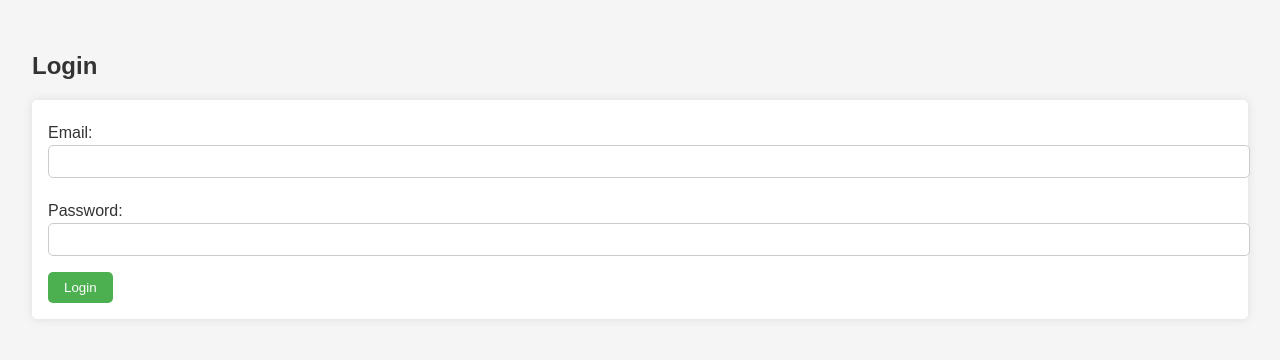
Repository: Syed1818/project
Page: http://localhost/login.php
The author's editor kept a copy of each file at every save. The page is drawn from the files as they stood at one save, then again after the next save.
The browser window is 1280 px wide. The pictures show the whole page.
The page is run by PHP 8.4 with error messages shown; the project is at /var/www/html/.

Above is the page before, as saved 2024-12-02 19:50:04.

### login.php
<?php
session_start();
include 'connect.php'; // Ensure this path is correct

// Enable error reporting for debugging
error_reporting(E_ALL);
ini_set('display_errors', 1);

// Check if the form is submitted
if ($_SERVER['REQUEST_METHOD'] == 'POST') {
    // Check if email and password are set
    if (isset($_POST['email']) && isset($_POST['password'])) {
        $email = $_POST['email'];
        $password = $_POST['password'];

        // Prepare statement to prevent SQL injection
        if ($conn) { // Check if $conn is defined
            $stmt = $conn->prepare("SELECT * FROM users WHERE email = ? AND password = ?");
            $stmt->bind_param("ss", $email, $password);
            $stmt->execute();
            $result = $stmt->get_result();

            if ($result->num_rows > 0) {
                // User found
                $user = $result->fetch_assoc();
                $_SESSION['user_id'] = $user['id'];
                header("Location: dashboard.php");
                exit();
            } else {
                echo "Invalid email or password.";
            }

            $stmt->close();
        } else {
            echo "Database connection failed.";
        }
    } else {
        echo "Email and password are required.";
    }
}
?>

<!DOCTYPE html>
<html lang="en">
<head>
    <meta charset="UTF-8">
    <meta name="viewport" content="width=device-width, initial-scale=1.0">
    <title>Login</title>
    <style>
        body {
            font-family: Arial, sans-serif;
            margin: 0;
            padding: 0;
            background-color: #f5f5f5;
            color: #333;
        }

        header {
            background-color: #4CAF50;
            color: white;
            padding: 1rem;
            text-align: center;
        }

        main {
            padding: 2rem;
        }

        form {
            background: #fff;
            padding: 1rem;
            border-radius: 5px;
            box-shadow: 0 0 10px rgba(0, 0, 0, 0.1);
        }

        form label {
            display: block;
            margin: 0.5rem 0 0.2rem;
        }

        form input {
            width: 100%;
            padding: 0.5rem;
            margin-bottom: 1rem;
            border: 1px solid #ccc;
            border-radius: 5px;
        }

        button {
            background-color: #4CAF50;
            color: white;
            border: none;
            padding: 0.5rem 1rem;
            border-radius: 5px;
            cursor: pointer;
        }

        button:hover {
            background-color: #45a049;
        }

        ul {
            list-style: none;
            padding: 0;
        }

        ul li {
            background: #fff;
            margin: 0.5rem 0;
            padding: 1rem;
            border-radius: 5px;
            box-shadow: 0 0 5px rgba(0, 0, 0, 0.1);
        }
        nav ul {
            list-style: none;
            padding: 0;
            display: flex;
            gap: 1rem;
        }

        nav a {
            text-decoration: none;
            background-color: #4CAF50;
            color: white;
            padding: 0.5rem 1rem;
            border-radius: 5px;
            transition: background-color 0.3s;
        }

        nav a:hover {
            background-color: #45a049;
        }
    </style>
</head>
<body>
    <main>
        <h2>Login</h2>
        <form action="login.php" method="POST">
            <label for="email">Email:</label>
            <input type="email" id="email" name="email" required>

            <label for="password">Password:</label>
            <input type="password" id="password" name="password" required>

            <button type="submit">Login</button>
        </form>
    </main>
</body>
</html>

### connect.php
<?php
$host = '127.0.0.1'; // Database host (localhost in most cases)
$db = 'elearning'; // Your database name
$user = 'myadmin'; // MySQL username (default: root)
$pass = 'syedshahid@123'; // MySQL password (default: empty)

try {
    // Create a PDO instance
    $pdo = new PDO("mysql:host=$host;dbname=$db", $user, $pass);
    // Set the PDO error mode to exception
    $pdo->setAttribute(PDO::ATTR_ERRMODE, PDO::ERRMODE_EXCEPTION);
} catch (PDOException $e) {
    // Handle the connection error
    die("Connection failed: " . $e->getMessage());
}
?>

After the next save:
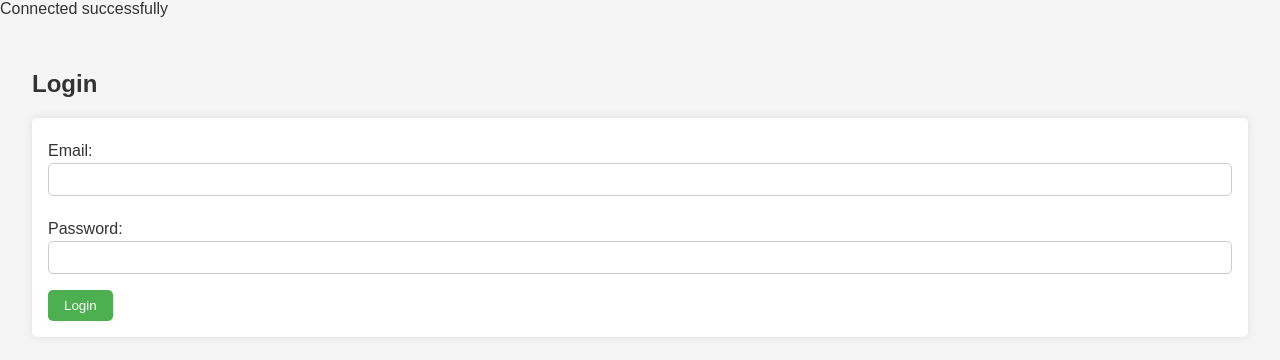
Saved 4 min 28 s later.
--- a/connect.php
+++ b/connect.php
@@ -1,16 +1,17 @@
 <?php
 $host = '127.0.0.1'; // Database host (localhost in most cases)
 $db = 'elearning'; // Your database name
-$user = 'myadmin'; // MySQL username (default: root)
-$pass = 'syedshahid@123'; // MySQL password (default: empty)
+$user = 'myadmin'; // MySQL username
+$pass = 'syedshahid@123'; // MySQL password
 
-try {
-    // Create a PDO instance
-    $pdo = new PDO("mysql:host=$host;dbname=$db", $user, $pass);
-    // Set the PDO error mode to exception
-    $pdo->setAttribute(PDO::ATTR_ERRMODE, PDO::ERRMODE_EXCEPTION);
-} catch (PDOException $e) {
-    // Handle the connection error
-    die("Connection failed: " . $e->getMessage());
+// Create a MySQLi connection
+$conn = new mysqli($host, $user, $pass, $db);
+
+// Check the connection
+if ($conn->connect_error) {
+    die("Connection failed: " . $conn->connect_error);
+}
+else {
+    echo "Connected successfully";
 }
 ?>
